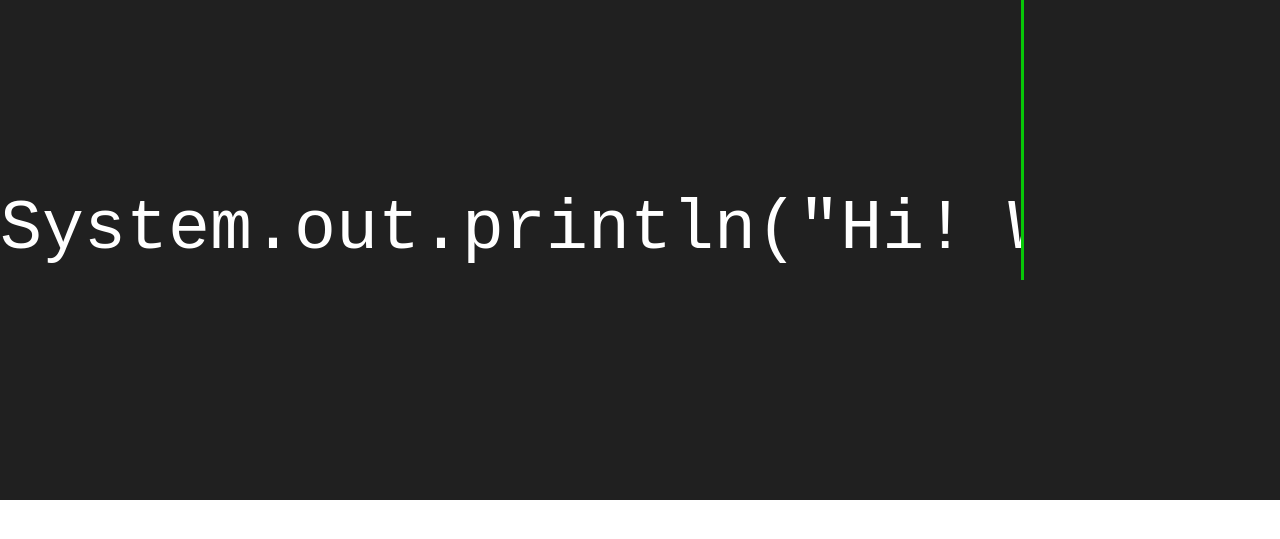
Repository: janry-gracia/Divinagracia_FinalProject
Page: Pages/storyofmylife.html
The author's editor kept a copy of each file at every save. The page is drawn from the files as they stood at one save, then again after a run of saves.
The browser window is 1280 px wide. The pictures show the whole page.

Above is the page before, as saved 2021-05-17 23:36:41.
Console error: TypeError: Cannot read properties of null (reading 'addEventListener')

After the next 2 saves:
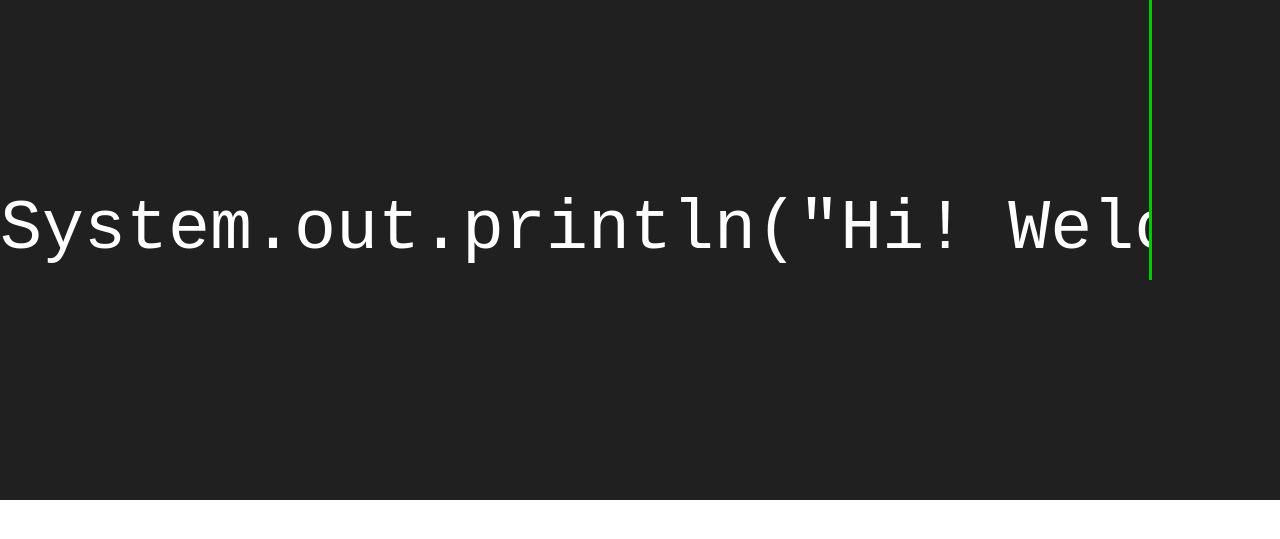
The 2 saves are shown as one change because they came seconds apart.
The last was saved 7 s later.
--- a/css/storyofmylife.css
+++ b/css/storyofmylife.css
@@ -42,7 +42,7 @@ p.message{
   /* Animation */
   @keyframes animated-text{
     from{width: 0;}
-    to{width: 80%;}
+    to{width: 90%;}
   }
 
   /* cursor animations */
